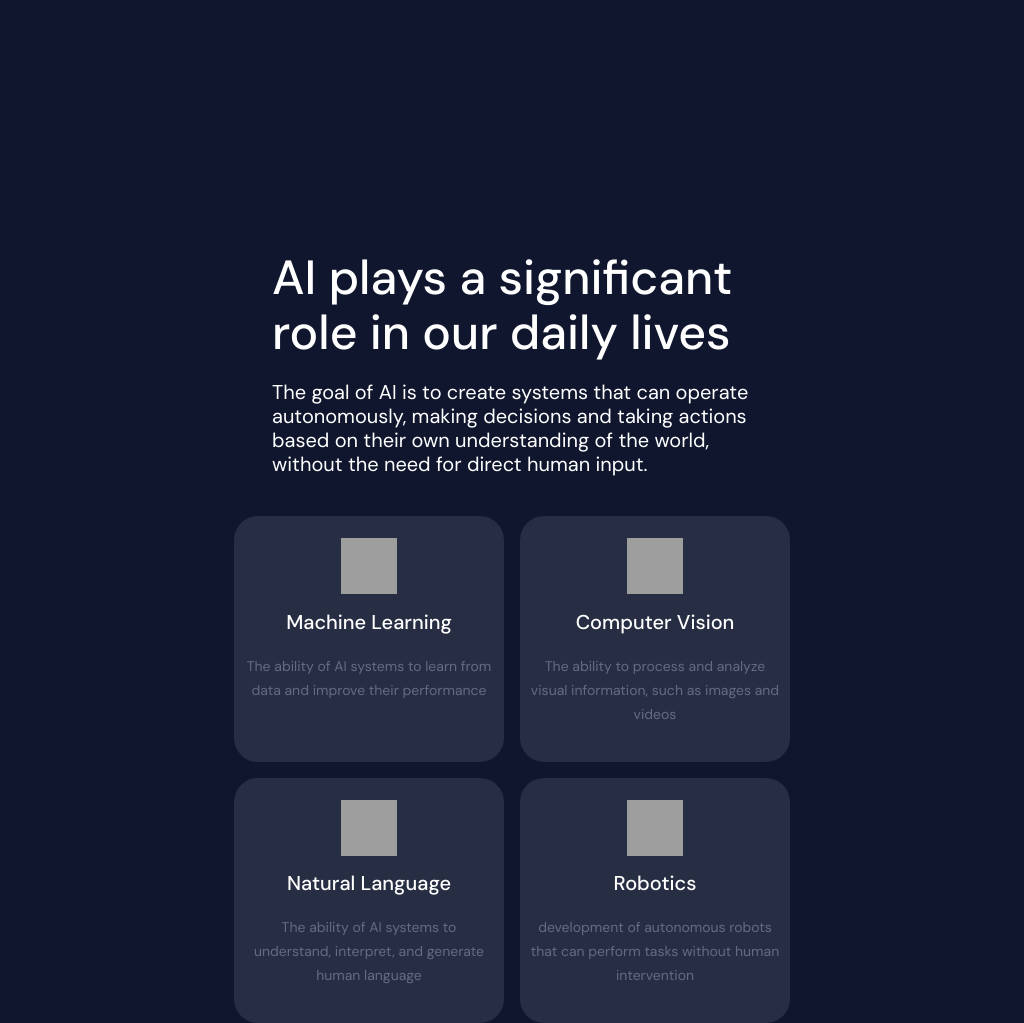
Repository: guli95/four-areas-of-AI-INVO-ACAdemy
Page: /
These files come from the project's save history. The page is drawn as it stood at one moment and after the next save; the edit follows.
The browser window is 1024 px wide. The pictures show the whole page.
Pictures or frames that could not be fetched are drawn as grey boxes. The project was rebuilt for these pictures with package versions that can differ from the ones it lists, and the page was loaded fresh each time.

Above is the page before, as saved 2023-03-13 15:57:02.

After the next save:
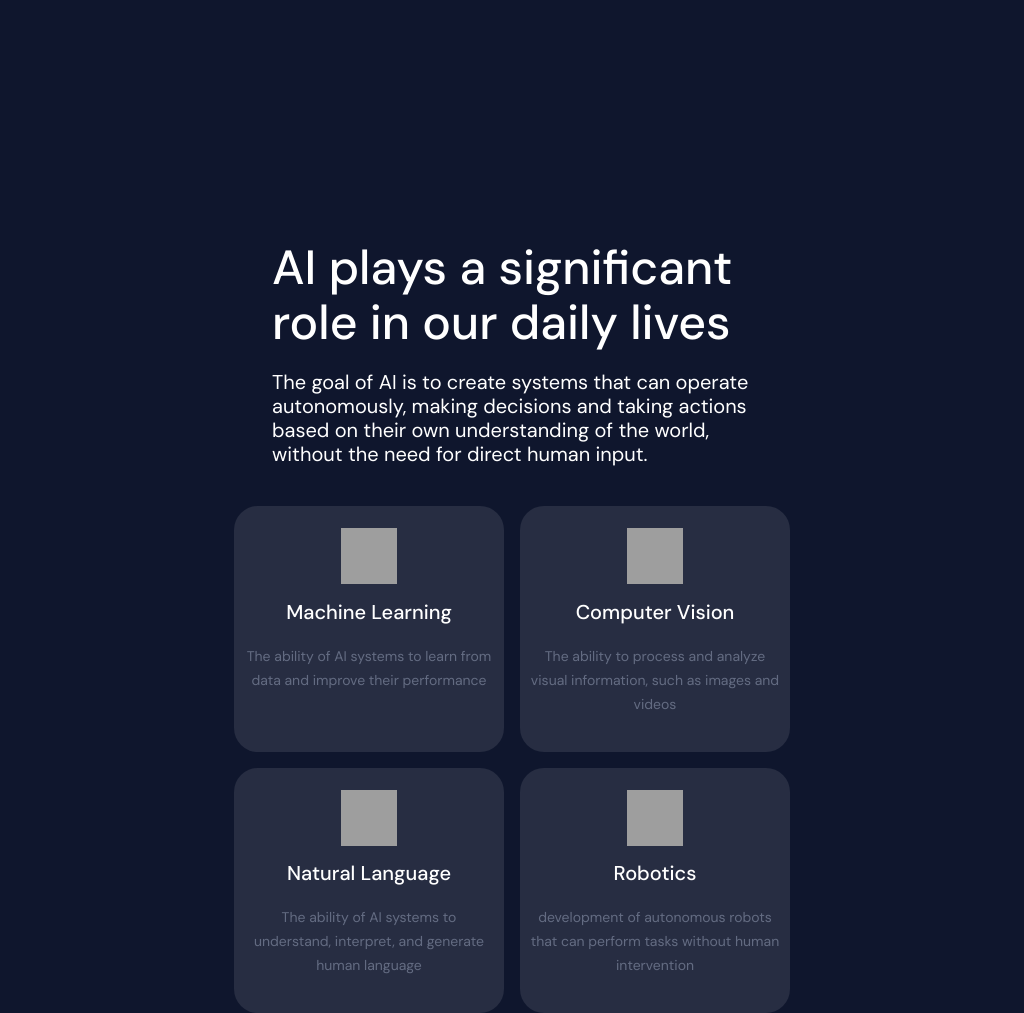
Saved 40 s later.
--- a/src/pages/home-page/styles/home-page.scss
+++ b/src/pages/home-page/styles/home-page.scss
@@ -17,7 +17,7 @@
     @media screen and (max-width:1191px) {
         flex-direction:column;
         align-items: center;
-        margin-top: 250px;
+        margin-top: 240px;
         gap:20px;
     }
     @media screen and (max-width:480px) {
